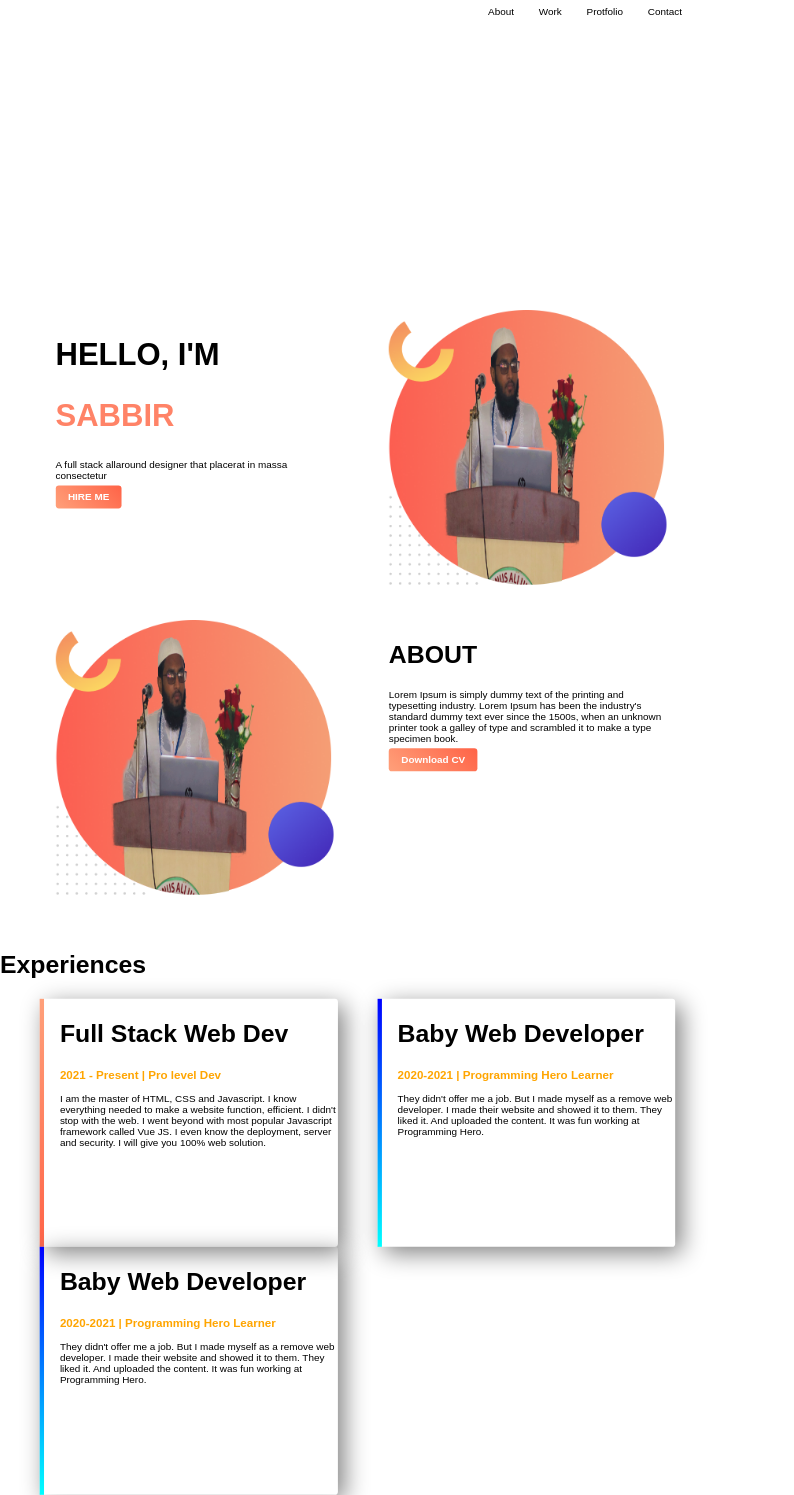
Repository: sabbircse3/personal-website
Page: index.html
These files come from the project's save history. The page is drawn as it stood at one moment and after the next save; the edit follows.
The browser window is 1280 px wide. The pictures show the whole page, at 62% of full size.

Above is the page before, as saved 2021-01-06 00:13:45.

After the next save:
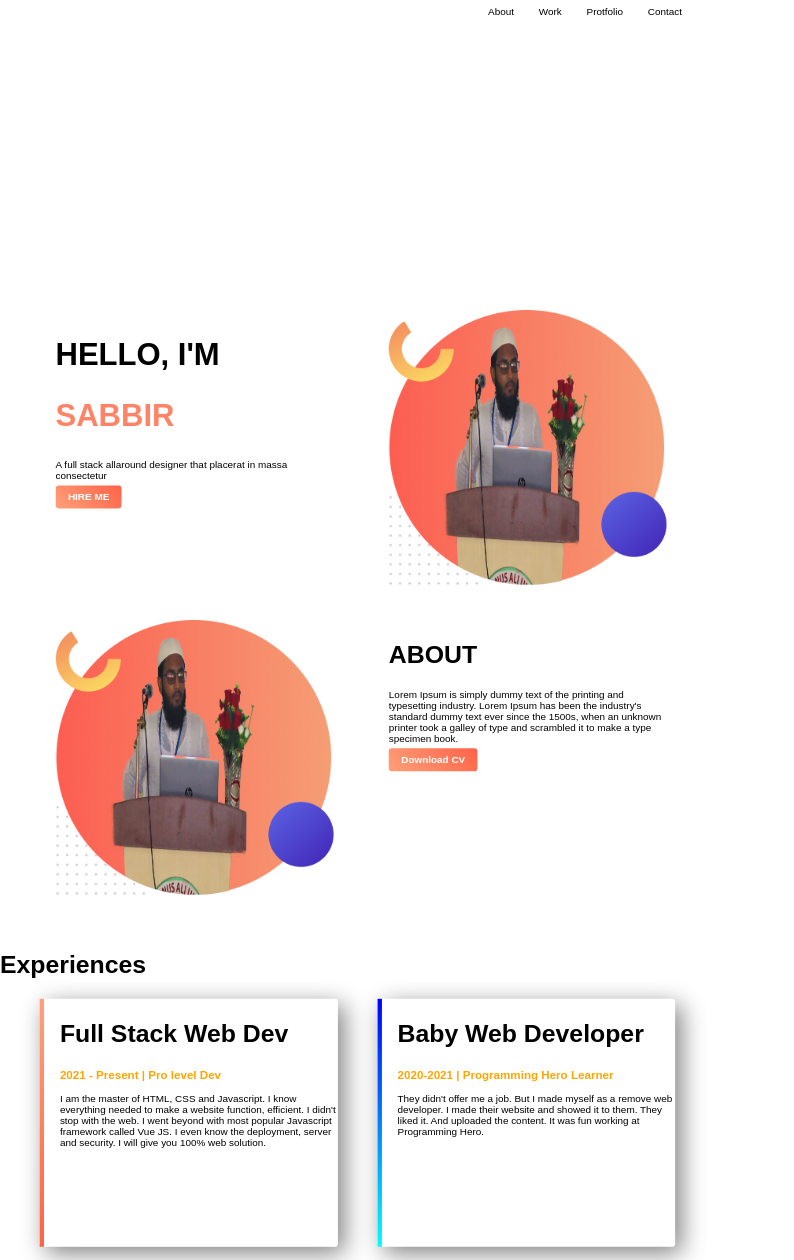
Saved 20 s later.
--- a/index.html
+++ b/index.html
@@ -61,12 +61,7 @@
 
         </div>
 
-        <div id="baby-web" class="half-width single-experience">
-            <h2>Baby Web Developer</h2>
-            <h3 class="orange-highlight">2020-2021 | Programming Hero Learner</h3>
-            <p>They didn't offer me a job. But I made myself as a remove web developer. I made their website and showed it to them. They liked it. And uploaded the content. It was fun working at Programming Hero.</p>
 
-        </div>
 
     </section>
 
